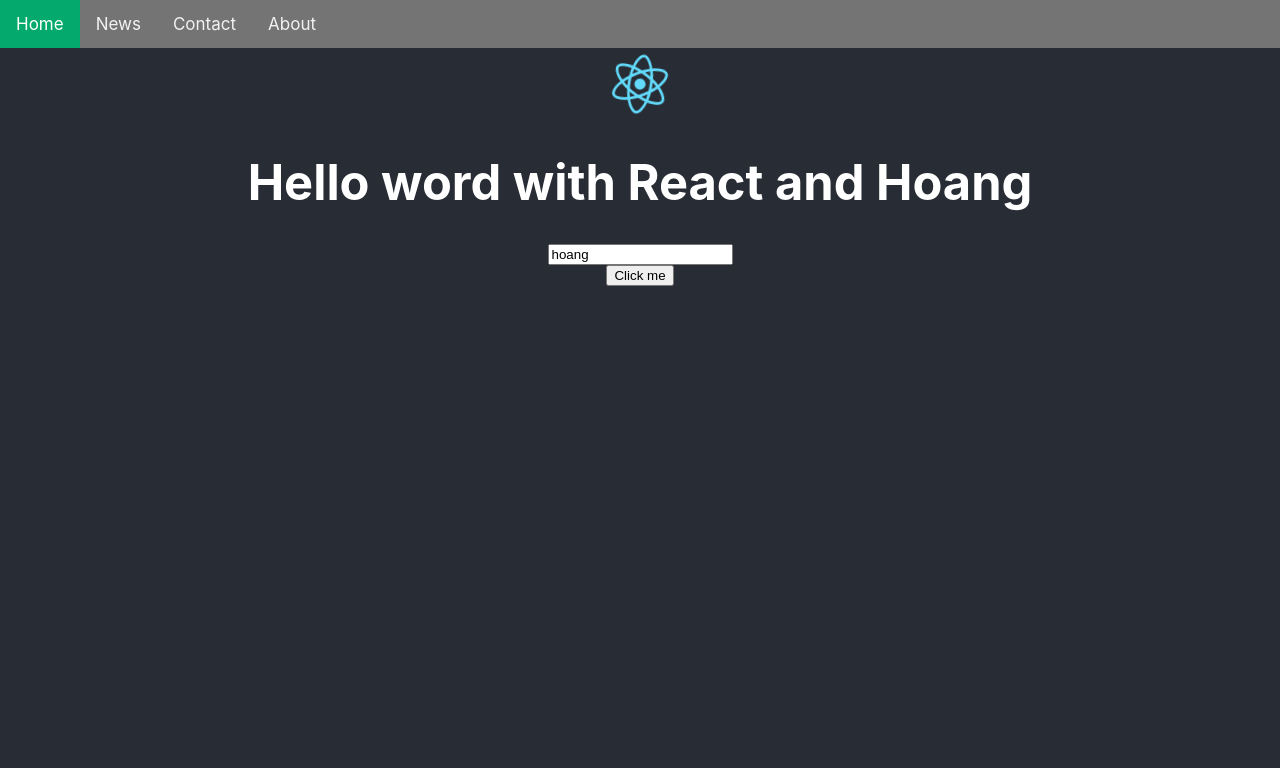
Repository: hoang0508/ReactJsHookBasic
Page: /
These files come from the project's save history. The page is drawn as it stood at one moment and after the next save; the edit follows.
The browser window is 1280 px wide. The pictures show the whole page.
The project was rebuilt for these pictures with package versions that can differ from the ones it lists, and the page was loaded fresh each time.

Above is the page before, as saved 2021-11-09 20:52:38.

After the next save:
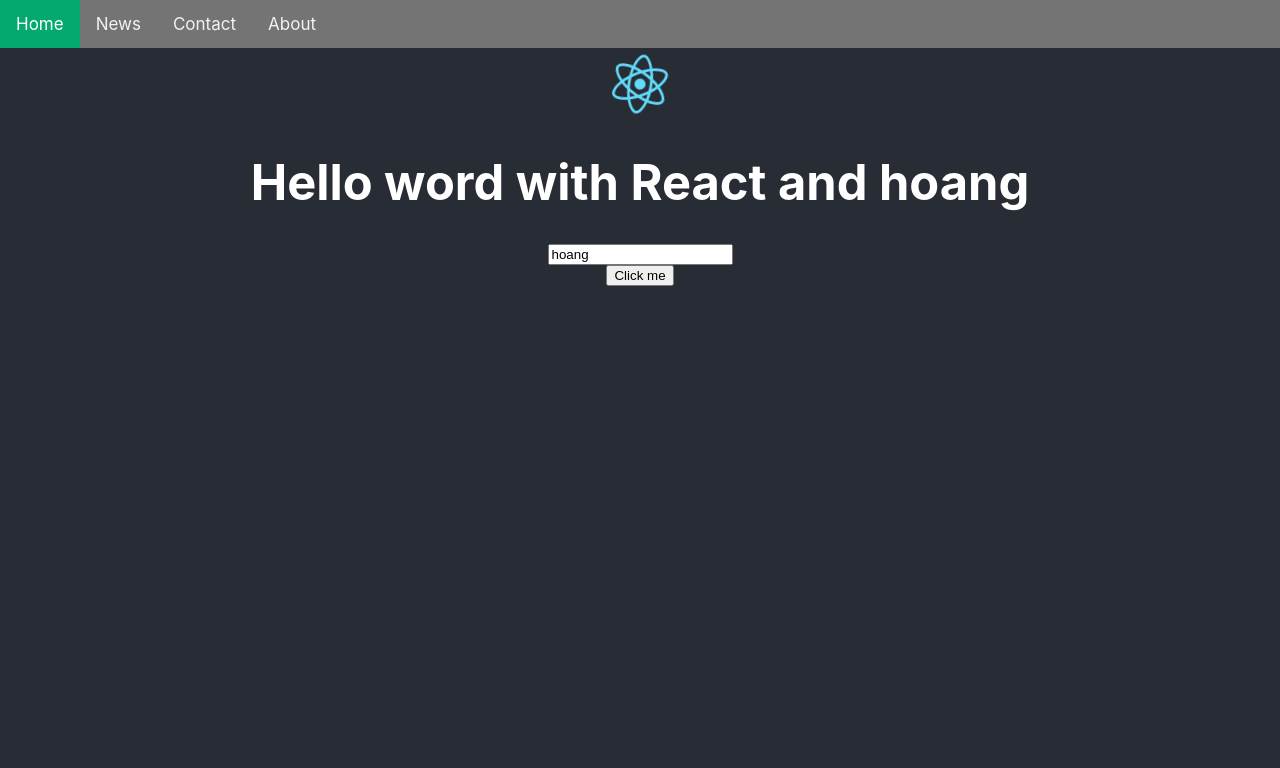
Saved 111 s later.
--- a/src/App.js
+++ b/src/App.js
@@ -6,7 +6,10 @@
 // JSX
 // babel
 function App() {
-  let name = "Hoang";
+  // state
+  // let name = "Hoang";
+  const [name] = useState("hoang");
+
   const handleEventClick = (event) => {
     console.log("click me", event.target.value);
   };
